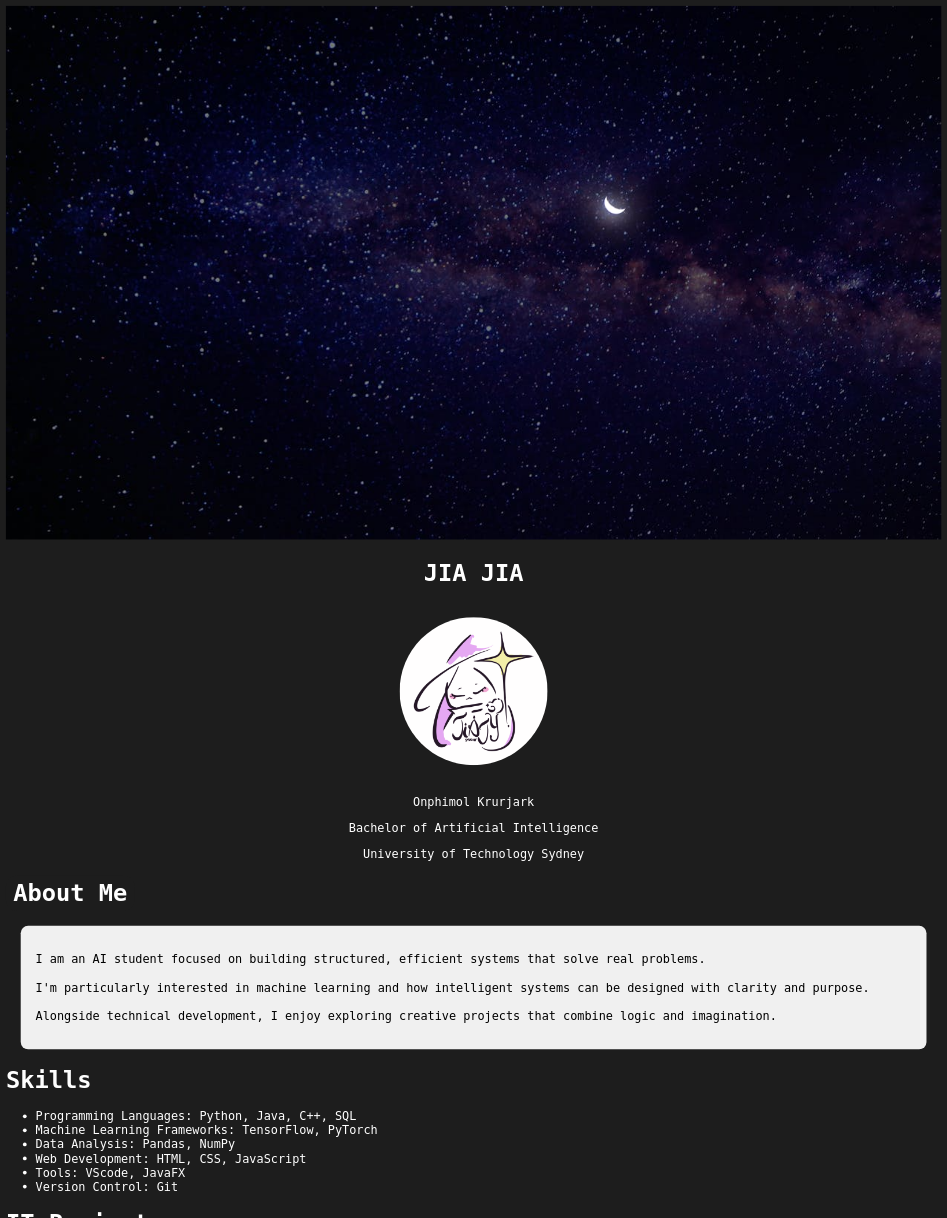
Repository: JMauve2233248/JiajyStudio
Page: ITprojects.html
An editor plug-in stored every save of this project. The page is shown before and after the next save, followed by the edit.
The browser window is 1280 px wide. The pictures show the part of the page from y = 0 to 1646 px (the page is 3192 px tall before and 3165 px after), at 74% of full size.
A picture or video elsewhere on the page could not be fetched, so the positions and the page height are approximate.

Above is the page before, as saved 2026-03-03 13:04:50.

### ITprojects.html
<!DOCTYPE html>
<html lang="en">
    <head>
        <meta charset="UTF-8" />
        <meta name="viewport" content="width=device-width, initial-scale=1.0" />
        <title>IT Portfolio</title>
        <link rel="stylesheet" href="styles.css" />
    </head>
    <body>
        <!--Header image-->
        <img src="images/header.png" alt="Header Image" class="header-image" />

        <!--Header-->
        <div class="IT_header">
            <h1>JIA JIA</h1>
            <img src="images/logo.png" alt="Logo" class="logo" />
            <p>Onphimol Krurjark</p>
            <p>Bachelor of Artificial Intelligence</p>
            <p>University of Technology Sydney</p>
        </div>

        <!--About me-->
        <h1 class="aboutme_header">About Me</h1>
        <div class="about-me">
            <p>I am an AI student focused on building structured, efficient systems that solve real problems.<br>
                <br>I'm particularly interested in machine learning and how intelligent systems can be designed with clarity and purpose.<br>
                <br>Alongside technical development, I enjoy exploring creative projects that combine logic and imagination.</p>
        </div>

        <!--Skills-->
        <div class="skills">
            <h1>Skills</h1>
            <ul id="skills-list">
                <li>Programming Languages: Python, Java, C++, SQL</li>
                <li>Machine Learning Frameworks: TensorFlow, PyTorch</li>
                <li>Data Analysis: Pandas, NumPy</li>
                <li>Web Development: HTML, CSS, JavaScript</li>
                <li>Tools: VScode, JavaFX</li>
                <li>Version Control: Git</li>
            </ul>
        </div>

        <!--IT Projects-->
        <h1>IT Projects</h1>
        <div class="project_left">
            <img src="images/project1.png" alt="Project 1" class="project-image_left" />
            <h2>Project 1: AI Chatbot</h2>
            <p>Developed an AI chatbot using Python and TensorFlow that can understand and respond to user queries in natural language.</p>
            <a href="project1.github.io" target="_blank">View Project</a>
        </div>
        <div class="project_right">
            <img src="images/project2.png" alt="Project 2" class="project-image_right" />
            <h2>Project 2: Data Analysis Dashboard</h2>
            <p>Created a data analysis dashboard using JavaScript and D3.js to visualize complex datasets in an interactive way.</p>
            <a href="project2.github.io" target="_blank">View Project</a>
        </div>
        <div class="project_left">
            <img src="images/project3.png" alt="Project 3" class="project-image_left" />
            <h2>Project 3: Web Application</h2>
            <p>Built a web application using HTML, CSS, and JavaScript that allows users to track their fitness goals and progress.</p>
            <a href="project3.github.io" target="_blank">View Project</a>
        </div>

        <!--Contact-->
        <div class="contact">
            <h1>Contact</h1>
            <p>Email: OnphimolK@gmail.com</p>
            <p>Github: </p>
            <p>LinkedIn: </p>
        </div>
    </body>

    <footer>
        <p>&copy; 2026 Jiajy Studio. All rights reserved.</p>
    </footer>
</html>

### styles.css
:root {
    /* Define color variables */
    /* Dark Mode*/
    --background-color: #1D1D1D; /*Dark Blue*/
    --purple-color: #3F3381; /*Purple*/
}

body {
    font-family: 'Monospace', 'Lucida Sans', 'Lucida Sans Regular', 'Lucida Grande', 'Lucida Sans Unicode', Geneva, Verdana, sans-serif;
    margin: 20;
    padding: 0;
    background-color: var(--background-color);
    color: white;
}

/*Navigation Bar*/
.navbar {
    position: sticky;
    padding: 20px;
    top: 0;
    background-color: white;
}

nav ul {
    list-style-type: none;
    margin: 0;
    padding: 0;
    overflow: hidden;
}

/*ITprojects.html*/
.header-image {
    width: 100%;
    height: auto;
}

.IT_header {
    text-align: center;
    margin: 20px 0;
}

.logo {
    width: auto;
    height: 200px;
    margin: 20px auto;
    border-radius: 50%;
}

.about-me {
    margin: 20px;
    padding: 20px;
    background-color: #f0f0f0;
    color: black;
    border-radius: 10px;
}

.aboutme_header {
    margin-top: 0;
    background-color: var(--background-color);
    color: white;
    margin: 20px 0;
    width: fit-content;
    padding: 5px 10px;
    border-radius: 15px;
}

After the next save:
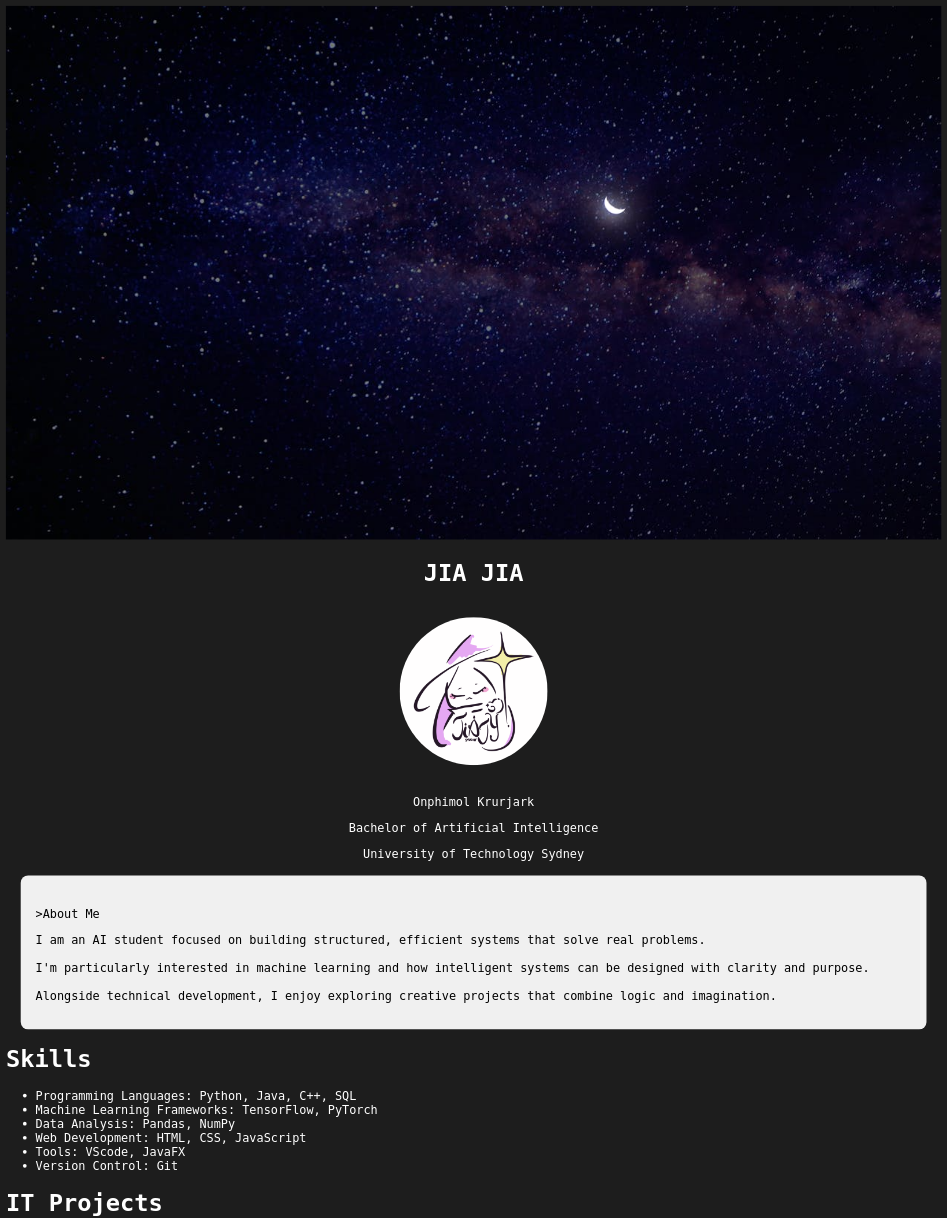
Saved 22 s later.
--- a/ITprojects.html
+++ b/ITprojects.html
@@ -20,8 +20,8 @@
         </div>
 
         <!--About me-->
-        <h1 class="aboutme_header">About Me</h1>
         <div class="about-me">
+            <h1></h1>>About Me</h1>
             <p>I am an AI student focused on building structured, efficient systems that solve real problems.<br>
                 <br>I'm particularly interested in machine learning and how intelligent systems can be designed with clarity and purpose.<br>
                 <br>Alongside technical development, I enjoy exploring creative projects that combine logic and imagination.</p>
